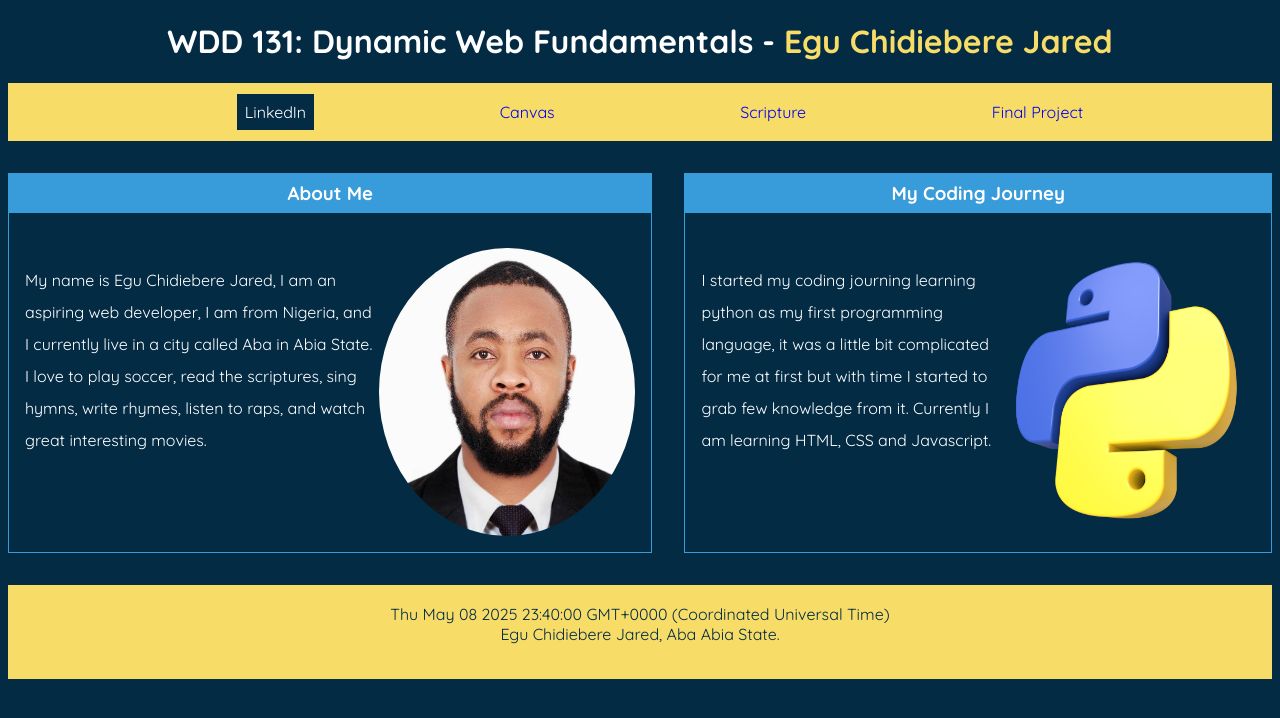
Repository: EguJaredoBoyd/wdd131
Page: index.html
An editor plug-in stored every save of this project. The page is shown before and after the next save, followed by the edit.
The browser window is 1280 px wide. The pictures show the whole page.
The pointer rests on the first visible `header nav ul li a`.

Above is the page before, as saved 2025-05-09 14:45:45.

After the next save:
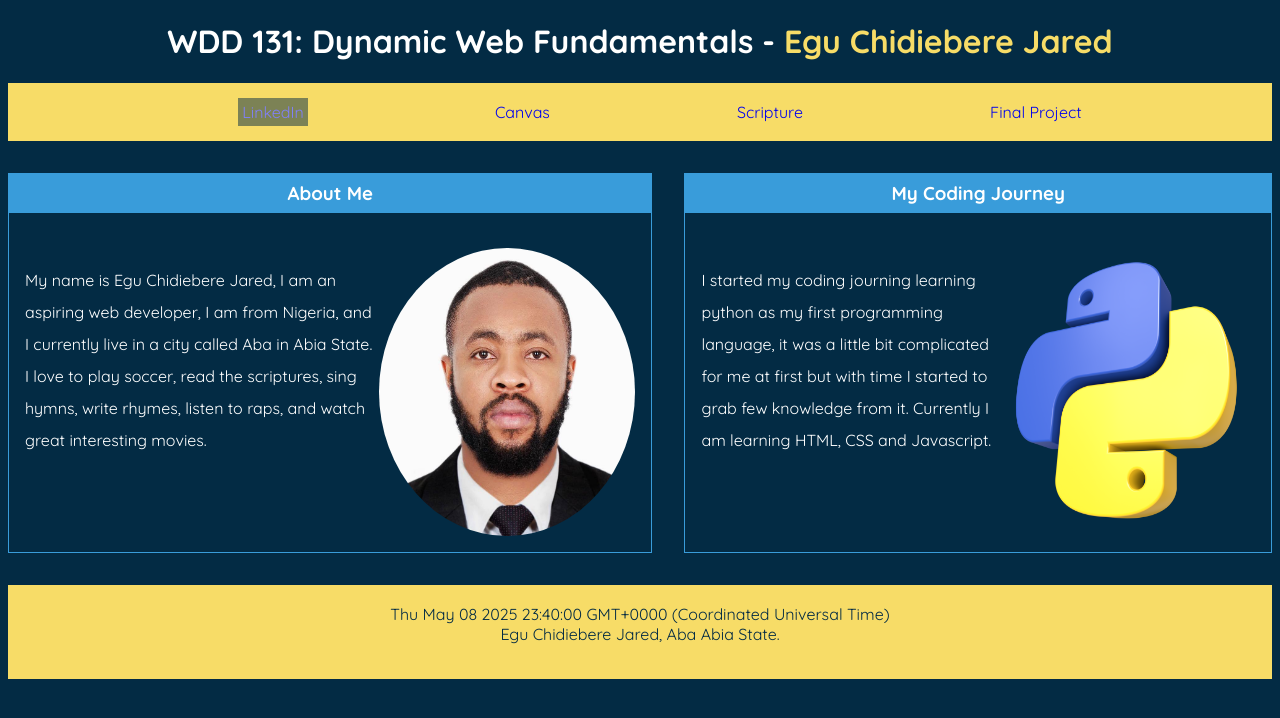
Saved 32 s later.
--- a/styles/base.css
+++ b/styles/base.css
@@ -30,6 +30,7 @@
     background-color: #032B44;
     padding: 0.5rem;
     color: white;
+    transition: 3s ease-in-out;
 }
 main{
     display: flex;

After the save that followed:
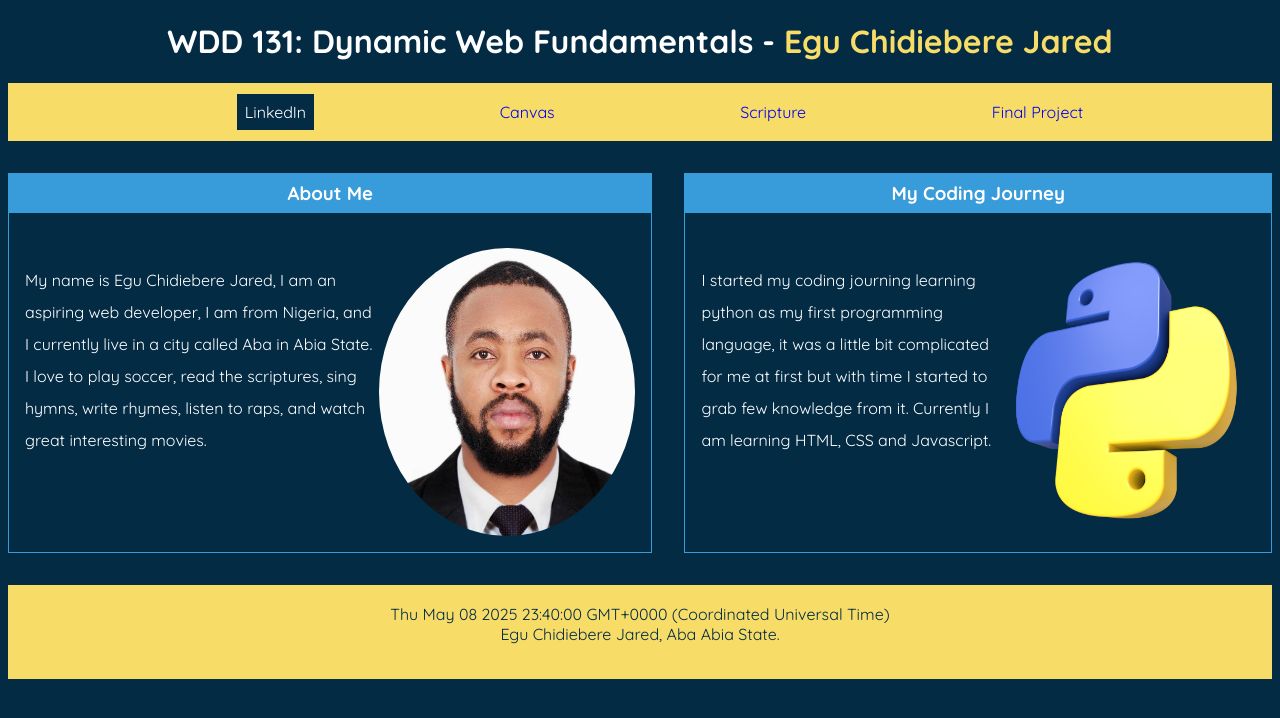
Saved 25 s later.
--- a/styles/base.css
+++ b/styles/base.css
@@ -30,7 +30,7 @@
     background-color: #032B44;
     padding: 0.5rem;
     color: white;
-    transition: 3s ease-in-out;
+    transition: 0.5s ease-in-out;
 }
 main{
     display: flex;
